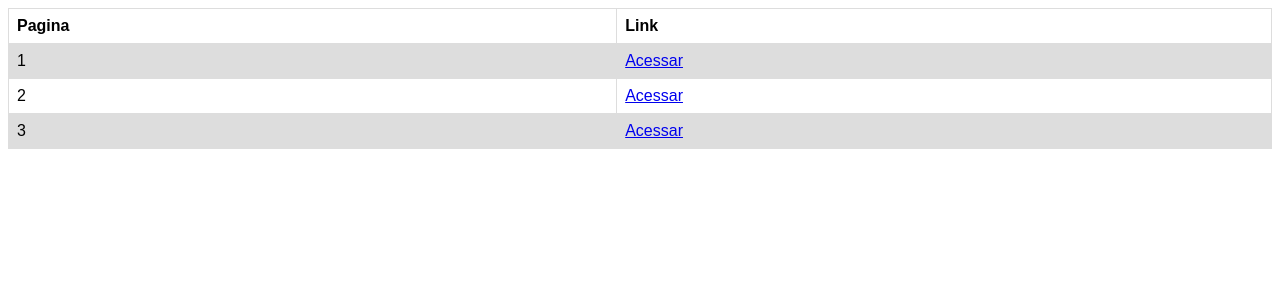
Repository: eduardocorreadesa/progweb
Page: Workspace/fj21-agenda/WebContent/cadastro.html
These files come from the project's save history. The page is drawn as it stood at one moment and after the next save; the edit follows.
The browser window is 1280 px wide. The pictures show the whole page.

Above is the page before, as saved 2016-10-05 00:06:07.

### Workspace/fj21-agenda/WebContent/cadastro.html
<!DOCTYPE html>
<html>
<head>
<meta charset="UTF-8">
<title>Projeto fj21-agenda</title>

<style>
table {
	font-family: arial, sans-serif;
	border-collapse: collapse;
	width: 100%;
}

td, th {
	border: 1px solid #dddddd;
	text-align: left;
	padding: 8px;
}

tr:nth-child(even) {
	background-color: #dddddd;
}
</style>
</head>
<body>

	<table>
		<tr>
			<th>Pagina</th>
			<th>Link</th>
		</tr>
		<tr>
			<td>1</td>
			<td><a
				href="http://www.clicrbs.com.br/sc">Acessar</a></td>
		</tr>
		<tr>
			<td>2</td>
			<td><a
				href="file:///Users/eduardocorreadesa/Documents/Unisul/9%20Fase/ExercicioHTML/pagina2">Acessar</a></td>
		</tr>
		<tr>
			<td>3</td>
			<td><a
				href="file:///Users/eduardocorreadesa/Documents/Unisul/9%20Fase/ExercicioHTML/pagina3">Acessar</a></td>
		</tr>
	</table>

</body>
</html>

After the next save:
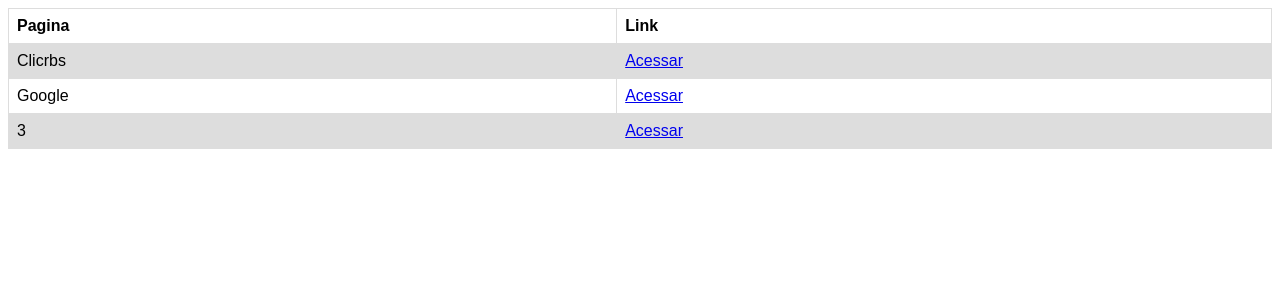
Saved 65 s later.
--- a/Workspace/fj21-agenda/WebContent/cadastro.html
+++ b/Workspace/fj21-agenda/WebContent/cadastro.html
@@ -30,14 +30,14 @@ tr:nth-child(even) {
 			<th>Link</th>
 		</tr>
 		<tr>
-			<td>1</td>
+			<td>Clicrbs</td>
 			<td><a
 				href="http://www.clicrbs.com.br/sc">Acessar</a></td>
 		</tr>
 		<tr>
-			<td>2</td>
+			<td>Google</td>
 			<td><a
-				href="file:///Users/eduardocorreadesa/Documents/Unisul/9%20Fase/ExercicioHTML/pagina2">Acessar</a></td>
+				href="htt://google.com">Acessar</a></td>
 		</tr>
 		<tr>
 			<td>3</td>
